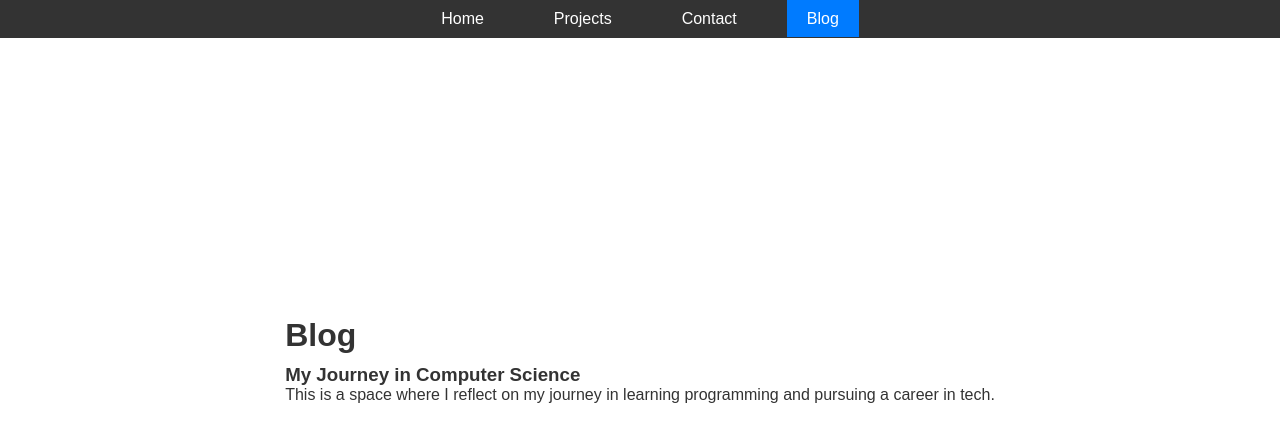
Repository: liwingy/cs5610_fall24_project1
Page: blog.html
The author's editor kept a copy of each file at every save. The page is drawn from the files as they stood at one save, then again after the next save.
The browser window is 1280 px wide. The pictures show the whole page.

Above is the page before, as saved 2024-10-07 15:18:05.

### blog.html
<!DOCTYPE html>
<html lang="en">
<head>
    <meta charset="UTF-8">
    <meta name="viewport" content="width=device-width, initial-scale=1.0">
    <title>Wing Yee Li | Blog</title>
    <link rel="stylesheet" href="style.css">
</head>
<body>
    <nav>
        <ul>
            <li><a href="homepage.html">Home</a></li>
            <li><a href="projects.html">Projects</a></li>
            <li><a href="contact.html">Contact</a></li>
            <li><a href="blog.html" class="active">Blog</a></li>
        </ul>
    </nav>
    <main>
        <section class="blog">
            <h2>Blog</h2>
                <h3>My Journey in Computer Science</h3>
                <p>This is a space where I reflect on my journey in learning programming and pursuing a career in tech.</p>
        </section>
    </main>
</body>
</html>

### style.css
* {
    margin: 0;
    padding: 0;
    box-sizing: border-box;
    font-family: 'Arial', sans-serif;
}

body, html {
    height: 100%;
    margin: 0;
}

body {
    background-color: rgb(255, 255, 255);
    color: #333;
    display: flex;
    flex-direction: column;   /* Stack the content vertically */
    height: 100vh;            /* Make sure the body takes up the full viewport height */
}

main {
    display: flex;
    justify-content: center;
    align-items: center;
    flex-direction: column;
    height: 100%;
}

header {
    text-align: center;
}

.profile-pic {
    max-width: 150px;        /* Image will not exceed 150px width */
    height: auto;            /* Maintain aspect ratio */
    border-radius: 50%;
    display: block;
    margin: 20px auto;
}

nav {
    width: 100%;              /* Full width navigation bar */
    background-color: #333;    /* Background color for the navbar */
    position: fixed;          /* Keep the navbar fixed at the top */
    top: 0;
    left: 0;
    padding: 10px 0;          /* Add some padding for spacing */
    z-index: 1;               /* Ensure the navbar stays above other content */
}

nav ul {
    list-style: none;
    display: flex;            /* Display the list items in a row */
    justify-content: center;  /* Center the list items horizontally */
    margin: 0;
    padding: 0;
}

nav ul li {
    margin: 0 15px;           /* Space between each nav item */
}

nav ul li a {
    color: #fff;
    text-decoration: none;
    padding: 10px 20px;       /* Add padding around each link */
    transition: background-color 0.3s;
}

nav ul li a:hover {
    background-color: #555;   /* Change background color on hover */
}

.active {
    background-color: #007BFF; /* Style for the active page link */
}

h1 {
    font-size: 2.5rem;
    margin-top: 60px;        /* Add space from the navbar */
}

.about-me, .projects, .contact, .blog {
    margin: 20px;
}

h2 {
    font-size: 2rem;
    margin-bottom: 10px;
}

/* Responsive design */
@media screen and (max-width: 768px) {
    nav ul {
        flex-direction: column;  /* Stack the navbar links vertically on small screens */
        align-items: center;
    }

    nav ul li {
        margin: 10px 0;          /* Space out vertically in mobile view */
    }

    h1 {
        font-size: 1.8rem;
        margin-top: 100px;       /* Adjust spacing on small screens */
    }
}

After the next save:
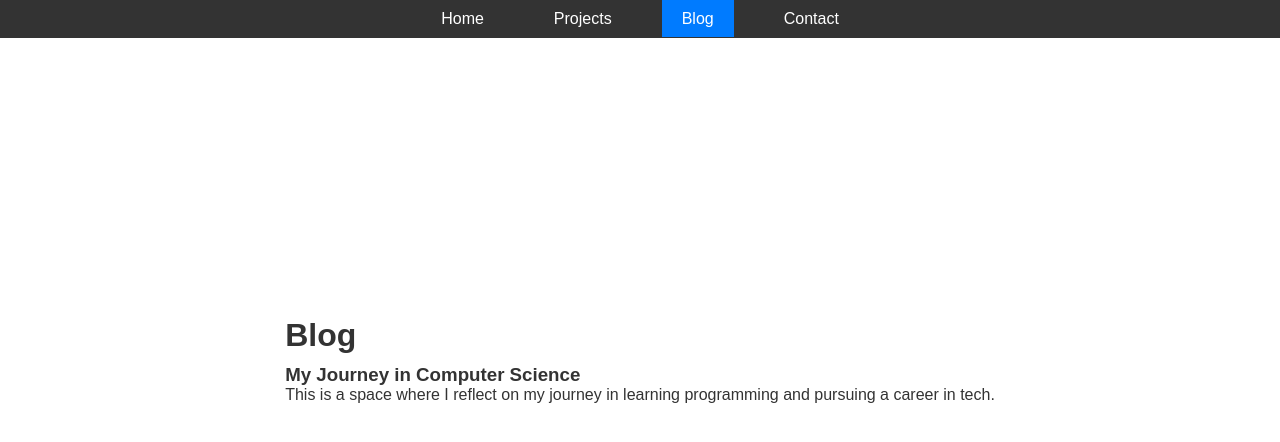
Saved 40 s later.
--- a/blog.html
+++ b/blog.html
@@ -11,8 +11,8 @@
         <ul>
             <li><a href="homepage.html">Home</a></li>
             <li><a href="projects.html">Projects</a></li>
+            <li><a href="blog.html" class="active">Blog</a></li>
             <li><a href="contact.html">Contact</a></li>
-            <li><a href="blog.html" class="active">Blog</a></li>
         </ul>
     </nav>
     <main>
